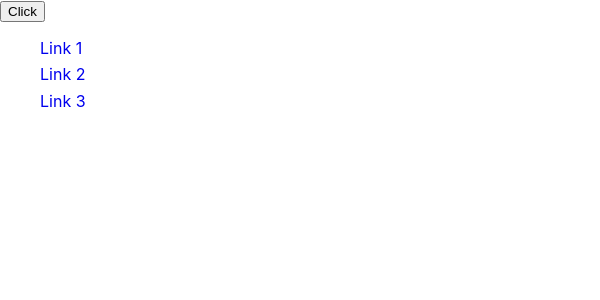
Repository: FxIvan/menu-mobile
Page: /, after clicking the first element matching `button`
An editor plug-in stored every save of this project. The page is shown before and after the next save, followed by the edit.
The browser window is 600 px wide. The pictures show the whole page.
The project was rebuilt for these pictures with package versions that can differ from the ones it lists, and the page was loaded fresh each time.

Above is the page before, as saved 2022-11-12 09:13:47.

After the next save:
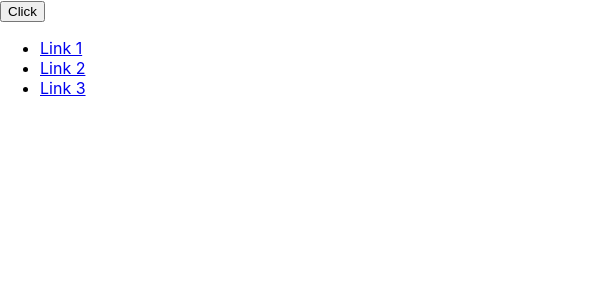
Saved 12 min 28 s later.
--- a/src/component/css/menu.css
+++ b/src/component/css/menu.css
@@ -1,38 +1,3 @@
 @media only screen and (max-width: 701px) {
-    li,
-    a {
-        list-style: none;
-        text-decoration: none;
-        margin-top: 0.4rem;
-    }
 
-    .primernav {
-        position: absolute;
-        top: 10%;
-        left: 10%;
-        width: 150px;
-        border-radius: 5px;
-      }
-
-      .btnDropDown {
-        display: block;
-      }
-
-      .btnDropDown:hover .dropdownMenu {
-        display: block;
-      }
-
-      .dropdownMenu {
-        display: none;
-        border-radius: 5px;
-        position: absolute;
-        width: 100%;
-        right: 0;
-        padding: 1rem;
-        /* este hace que se vea abajo del home por que osino que ve al margen*/
-      }
-
-      .primernav ul{
-        margin: auto;
-      }
 }
